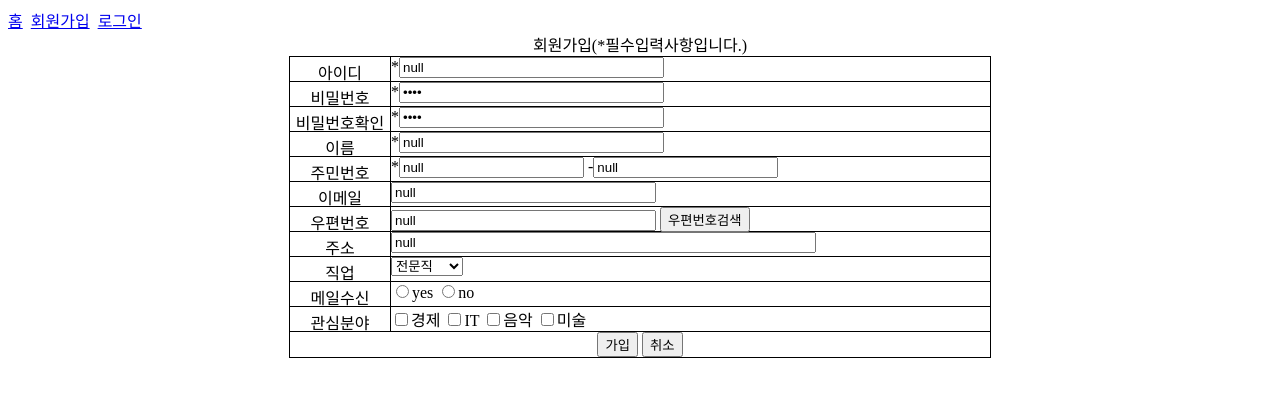
Repository: kms2413/project
Page: http://localhost/homepage/member/update.jsp
The author's editor kept a copy of each file at every save. The page is drawn from the files as they stood at one save, then again after the next save.
The browser window is 1280 px wide. The pictures show the whole page.
The page is served by Tomcat 9.

Above is the page before, as saved 2014-09-15 07:38:44.

After the next save:
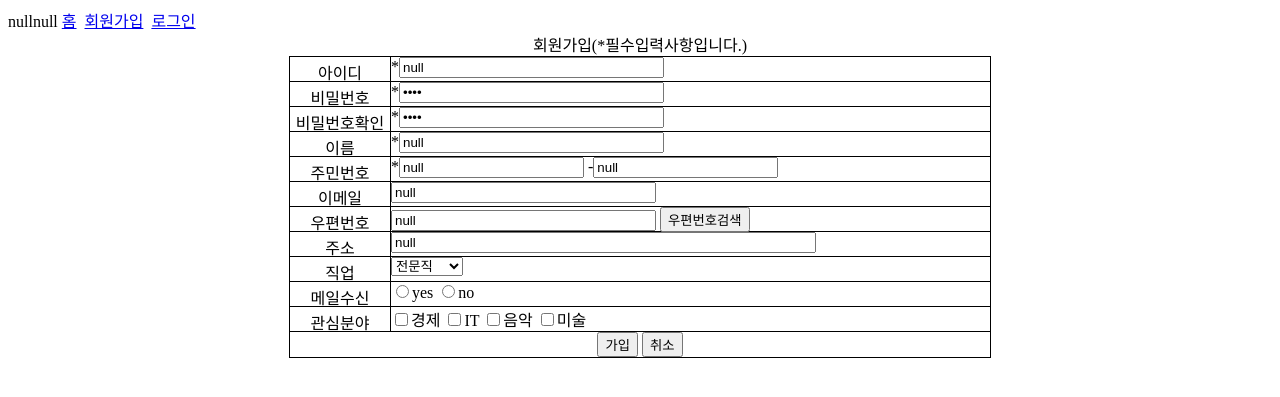
Saved 4 min 46 s later.
--- a/homepage/WebContent/member/update.jsp
+++ b/homepage/WebContent/member/update.jsp
@@ -10,7 +10,7 @@
 	String email = request.getParameter("email");
 	String zipcode = request.getParameter("zipcode");
 	String address = request.getParameter("address");
-
+	out.print(id + password);
 %>
 
 <html>
